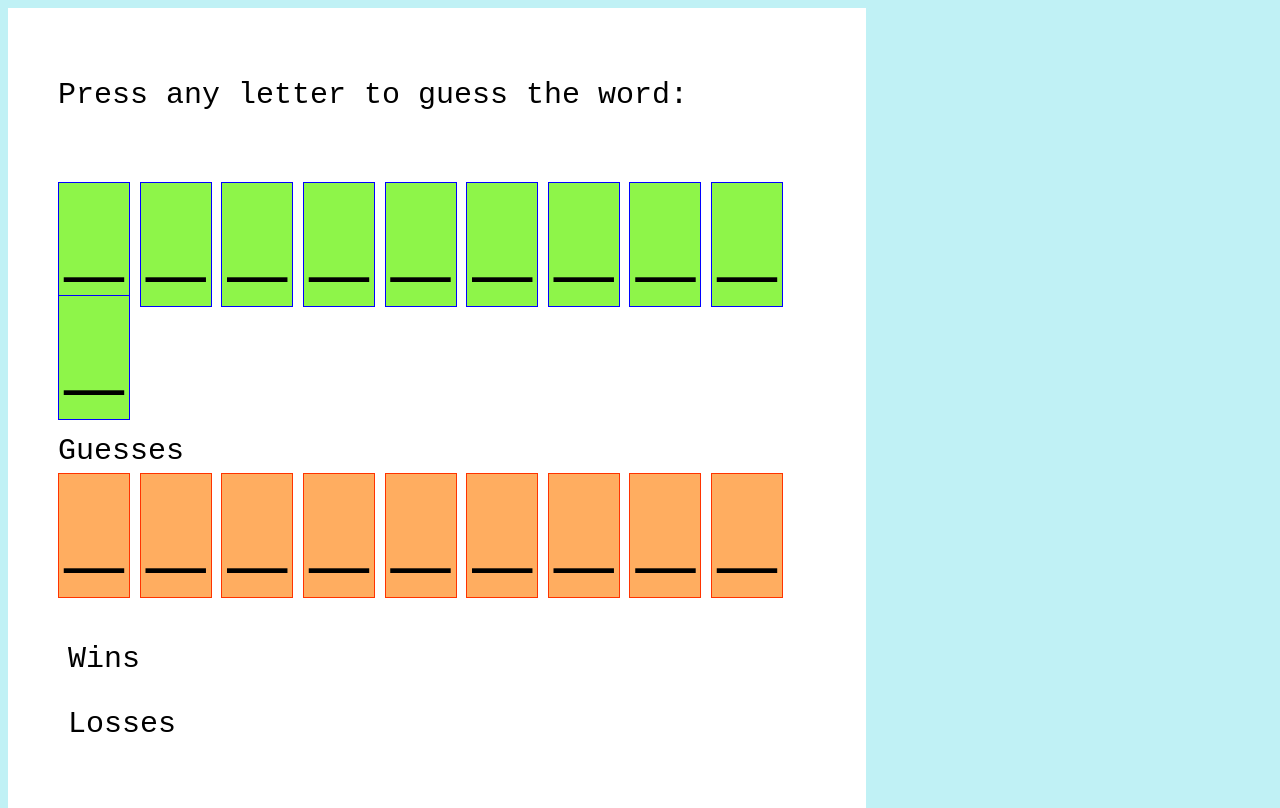
Repository: dsaftler/JavaScript
Page: index.html
The author's editor kept a copy of each file at every save. The page is drawn from the files as they stood at one save, then again after the next save.
The browser window is 1280 px wide. The pictures show the whole page.

Above is the page before, as saved 2019-05-11 18:13:32.
Console error: SyntaxError: Identifier 'wordArr' has already been declared

After the next save:
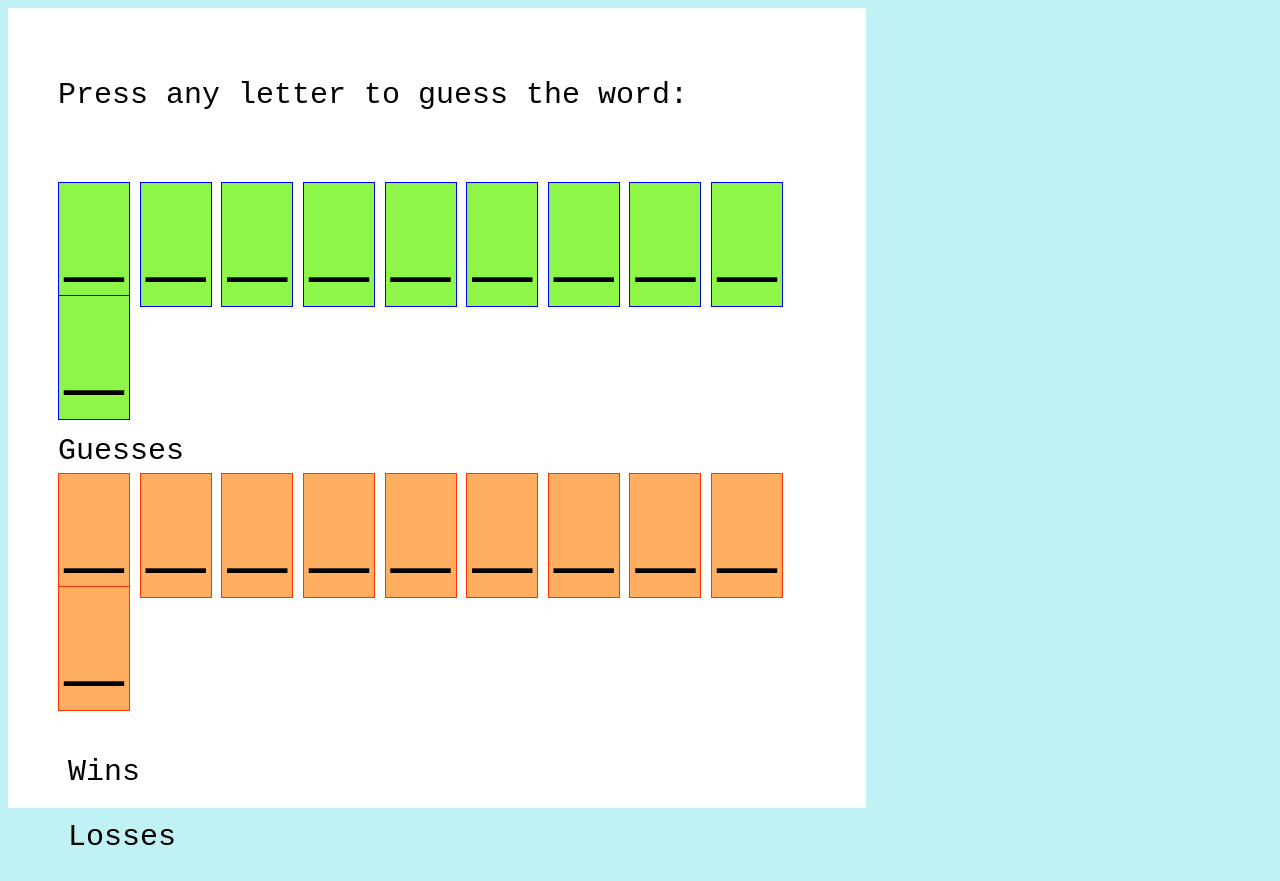
Saved 22 s later.
--- a/index.html
+++ b/index.html
@@ -39,7 +39,7 @@
         <div class="letter guessed" id="guess_6">_</div>
         <div class="letter guessed" id="guess_7">_</div>
         <div class="letter guessed" id="guess_8">_</div>
-
+        <div class="letter guessed" id="guess_9">_</div>
 
       <div class="score">
       <div class="showtext" id="showWins">Wins</div>
